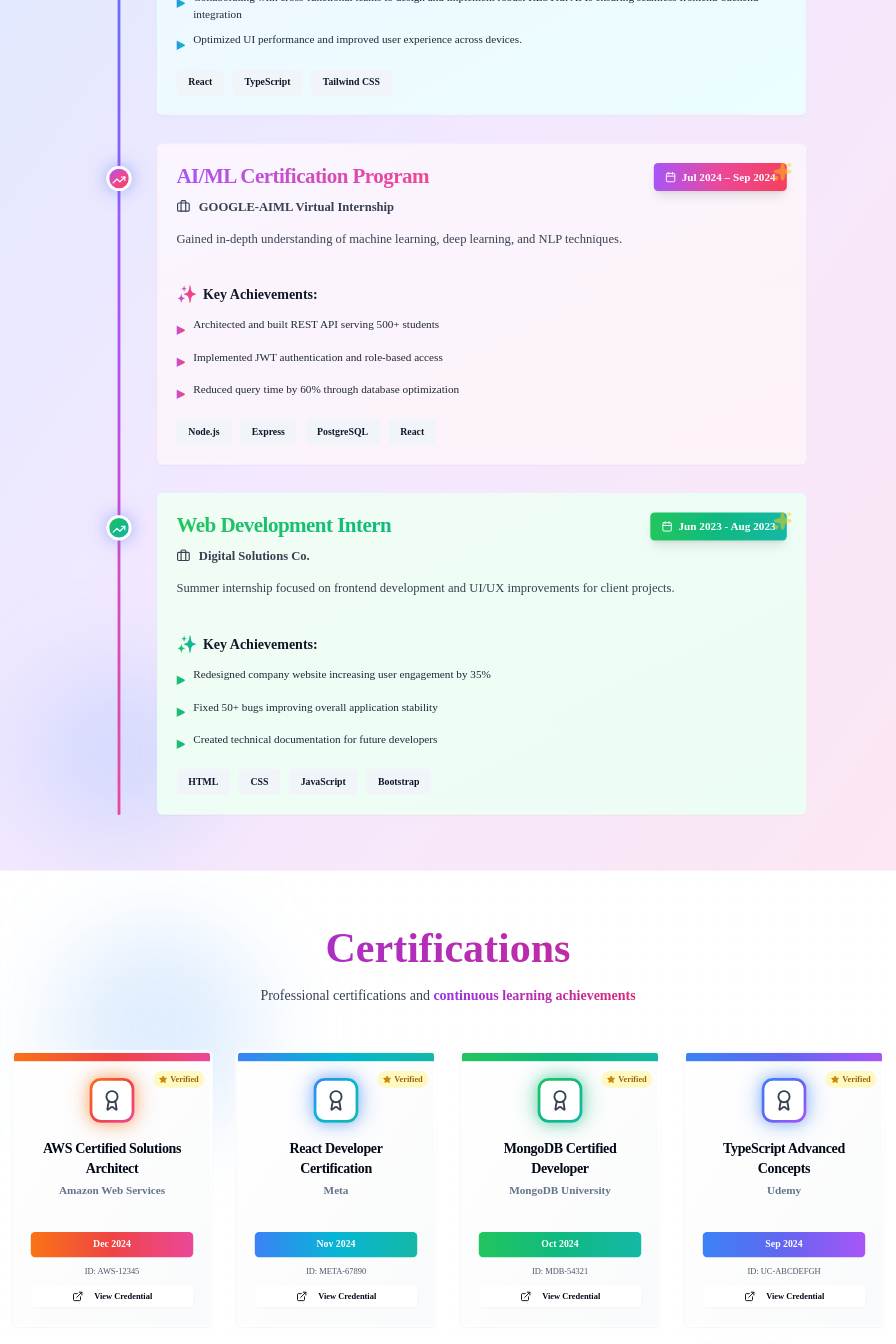
Repository: sm6746/PORTFOLIO
Page: /
An editor plug-in stored every save of this project. The page is shown before and after the next save, followed by the edit.
The browser window is 1280 px wide. The pictures show the part of the page from y = 4580 to 6500 px (the page is 8311 px tall before and 8357 px after), at 70% of full size.
The project was rebuilt for these pictures with package versions that can differ from the ones it lists, and the page was loaded fresh each time. Also part of the build but not shown: vite.config.ts.

Above is the page before, as saved 2025-11-07 07:51:46.

### index.html
<!DOCTYPE html>
<html lang="en">
  <head>
    <meta charset="UTF-8" />
    <link rel="icon" type="image/svg+xml" href="/favicon.svg" />
    <meta name="viewport" content="width=device-width, initial-scale=1.0" />
    <title>Portfolio</title>
  </head>
  <body>
    <div id="root"></div>
    <script type="module" src="/app/main.tsx"></script>
  </body>
</html>

### app/main.tsx
import React from 'react'
import ReactDOM from 'react-dom/client'
import App from './app'
import './globals.css'

ReactDOM.createRoot(document.getElementById('root')!).render(
  <React.StrictMode>
    <App />
  </React.StrictMode>,
)

### app/app.tsx
import { ThemeProvider } from '@/lib/theme-context';
import { Header } from '@/components/header';
import { HeroSection } from '@/components/hero-section';
import { AboutSection } from '@/components/about-section';
import { SkillsSection } from '@/components/skills-section';
import { ProjectsSection } from '@/components/projects-section';
import { ExperienceSection } from '@/components/experience-section';
import { CertificationsSection } from '@/components/certifications-section';
import { ContactSection } from '@/components/contact-section';
import { Footer } from '@/components/footer';
import { ScrollToTop } from '@/components/scroll-to-top';

function App() {
  return (
    <ThemeProvider>
      <div className="min-h-screen bg-white dark:bg-gray-900 transition-colors duration-300">
        <Header />
        <main>
          <HeroSection />
          <AboutSection />
          <SkillsSection />
          <ProjectsSection />
          <ExperienceSection />
          <CertificationsSection />
          <ContactSection />
        </main>
        <Footer />
        <ScrollToTop />
      </div>
    </ThemeProvider>
  );
}

export default App;

### lib/theme-context.tsx
import React, { createContext, useContext, useEffect, useState } from 'react';

type Theme = 'light' | 'dark';

type ThemeContextType = {
  theme: Theme;
  toggleTheme: () => void;
};

const ThemeContext = createContext<ThemeContextType | undefined>(undefined);

export function ThemeProvider({ children }: { children: React.ReactNode }) {
  const [theme, setTheme] = useState<Theme>(() => {
    const stored = localStorage.getItem('portfolio-theme');
    return (stored as Theme) || 'light';
  });

  useEffect(() => {
    localStorage.setItem('portfolio-theme', theme);
    document.documentElement.classList.toggle('dark', theme === 'dark');
  }, [theme]);

  const toggleTheme = () => {
    setTheme(prev => (prev === 'light' ? 'dark' : 'light'));
  };

  return (
    <ThemeContext.Provider value={{ theme, toggleTheme }}>
      {children}
    </ThemeContext.Provider>
  );
}

export function useTheme() {
  const context = useContext(ThemeContext);
  if (!context) {
    throw new Error('useTheme must be used within ThemeProvider');
  }
  return context;
}

### components/experience-section.tsx
import { Card, CardContent, CardHeader, CardTitle } from '@/components/ui/card';
import { Badge } from '@/components/ui/badge';
import { Briefcase, Calendar, Sparkles, TrendingUp } from 'lucide-react';
import { useScrollAnimation } from '@/hooks/use-scroll-animation';

export function ExperienceSection() {
  const { ref, isVisible } = useScrollAnimation();

  const experiences = [
    {
      title: 'frontend Developer ',
      company: 'Bluestock Fintech',
      period: 'May 2025 – July 2025',
      description: 'Developing responsive web applications using React and TypeScript. Collaborating with design team to implement pixel-perfect UIs.',
      achievements: [
        ' Built responsive financial dashboards using Python and React.js and Tailwind CSS',
        'Collaborating with cross-functional teams to design and implement robust RESTful APIs ensuring seamless frontend-backend integration',
        'Optimized UI performance and improved user experience across devices.',

      ],
      tags: ['React', 'TypeScript', 'Tailwind CSS'],
      gradient: 'from-blue-500 via-cyan-500 to-teal-500',
      bgGradient: 'from-blue-50 to-cyan-50 dark:from-blue-950/50 dark:to-cyan-950/50',
    },
    {
      title: 'AI/ML Certification Program',
      company: 'GOOGLE-AIML Virtual Internship',
      period: 'Jul 2024 – Sep 2024',
      description: 'Gained in-depth understanding of machine learning, deep learning, and NLP techniques.',
      achievements: [
        'Architected and built REST API serving 500+ students',
        'Implemented JWT authentication and role-based access',
        'Reduced query time by 60% through database optimization',
      ],
      tags: ['Node.js', 'Express', 'PostgreSQL', 'React'],
      gradient: 'from-purple-500 via-pink-500 to-rose-500',
      bgGradient: 'from-purple-50 to-pink-50 dark:from-purple-950/50 dark:to-pink-950/50',
    },
    {
      title: 'Web Development Intern',
      company: 'Digital Solutions Co.',
      period: 'Jun 2023 - Aug 2023',
      description: 'Summer internship focused on frontend development and UI/UX improvements for client projects.',
      achievements: [
        'Redesigned company website increasing user engagement by 35%',
        'Fixed 50+ bugs improving overall application stability',
        'Created technical documentation for future developers',
      ],
      tags: ['HTML', 'CSS', 'JavaScript', 'Bootstrap'],
      gradient: 'from-green-500 via-emerald-500 to-teal-500',
      bgGradient: 'from-green-50 to-emerald-50 dark:from-green-950/50 dark:to-emerald-950/50',
    },
  ];

  return (
    <section
      id="experience"
      ref={ref as React.RefObject<HTMLElement>}
      className="py-20 bg-gradient-to-br from-blue-100 via-purple-100 to-pink-100 dark:from-gray-800 dark:via-purple-900/10 dark:to-blue-900/10 relative overflow-hidden"
    >
      <div className="absolute top-10 right-10 w-64 h-64 bg-purple-400/20 rounded-full blur-3xl"></div>
      <div className="absolute bottom-10 left-10 w-64 h-64 bg-blue-400/20 rounded-full blur-3xl"></div>

      <div className="container mx-auto px-4 relative z-10">
        <div
          className={`transition-all duration-1000 ${
            isVisible ? 'opacity-100 translate-y-0' : 'opacity-0 translate-y-10'
          }`}
        >
          <h2 className="text-5xl md:text-6xl font-extrabold text-center mb-6 bg-gradient-to-r from-blue-600 via-purple-600 to-pink-600 dark:from-blue-400 dark:via-purple-400 dark:to-pink-400 bg-clip-text text-transparent animate-gradient">
            Experience
          </h2>
          <p className="text-center text-gray-700 dark:text-gray-300 mb-16 text-xl font-medium">
            My professional journey and <span className="text-transparent bg-clip-text bg-gradient-to-r from-purple-600 to-pink-600 font-bold">key achievements</span>
          </p>

          <div className="max-w-5xl mx-auto relative">
            <div className="absolute left-10 top-0 bottom-0 w-1 bg-gradient-to-b from-blue-500 via-purple-500 to-pink-500 hidden md:block shadow-lg"></div>

            <div className="space-y-10">
              {experiences.map((exp, index) => (
                <div
                  key={index}
                  className={`relative transition-all duration-1000 ${
                    isVisible ? 'opacity-100 translate-x-0' : 'opacity-0 -translate-x-10'
                  }`}
                  style={{ transitionDelay: `${index * 250}ms` }}
                >
                  <div className={`hidden md:block absolute left-6 top-8 w-9 h-9 rounded-full bg-gradient-to-br ${exp.gradient} border-4 border-white dark:border-gray-800 shadow-xl animate-pulse-glow z-10`}>
                    <TrendingUp className="h-5 w-5 text-white m-auto mt-1.5" />
                  </div>

                  <Card className={`md:ml-24 hover:shadow-2xl transition-all duration-500 transform hover:-translate-y-3 hover:scale-105 border-4 border-transparent hover:border-current bg-gradient-to-br ${exp.bgGradient} overflow-hidden`}>
                    <div className={`absolute inset-0 bg-gradient-to-br ${exp.gradient} opacity-0 group-hover:opacity-10 transition-opacity duration-500`}></div>
                    <CardHeader className="relative">
                      <div className="flex flex-wrap items-start justify-between gap-4 mb-3">
                        <div className="flex-1">
                          <CardTitle className={`text-3xl font-black mb-3 bg-gradient-to-r ${exp.gradient} bg-clip-text text-transparent`}>
                            {exp.title}
                          </CardTitle>
                          <div className="flex items-center gap-3 text-gray-700 dark:text-gray-300">
                            <Briefcase className="h-5 w-5" />
                            <span className="font-bold text-lg">{exp.company}</span>
                          </div>
                        </div>
                        <Badge variant="outline" className={`flex items-center gap-2 px-4 py-2 border-3 bg-gradient-to-r ${exp.gradient} text-white font-bold text-base shadow-lg`}>
                          <Calendar className="h-4 w-4" />
                          {exp.period}
                        </Badge>
                      </div>
                      <p className="text-gray-700 dark:text-gray-300 text-lg leading-relaxed">{exp.description}</p>
                      <Sparkles className="absolute top-4 right-4 h-7 w-7 text-yellow-400 fill-yellow-400 animate-pulse" />
                    </CardHeader>
                    <CardContent className="p-6 relative">
                      <h4 className="font-black mb-4 text-gray-900 dark:text-gray-100 text-xl flex items-center gap-2">
                        <span className={`text-2xl bg-gradient-to-r ${exp.gradient} bg-clip-text text-transparent`}>✨</span>
                        Key Achievements:
                      </h4>
                      <ul className="space-y-3 mb-5">
                        {exp.achievements.map((achievement, idx) => (
                          <li key={idx} className="flex items-start gap-3 text-gray-800 dark:text-gray-200 text-base">
                            <span className={`text-2xl font-bold bg-gradient-to-r ${exp.gradient} bg-clip-text text-transparent mt-0.5`}>▸</span>
                            <span>{achievement}</span>
                          </li>
                        ))}
                      </ul>
                      <div className="flex flex-wrap gap-3">
                        {exp.tags.map((tag, tagIndex) => (
                          <Badge key={tagIndex} variant="secondary" className="text-sm font-bold px-4 py-2 hover:scale-110 transition-transform">
                            {tag}
                          </Badge>
                        ))}
                      </div>
                    </CardContent>
                  </Card>
                </div>
              ))}
            </div>
          </div>
        </div>
      </div>
    </section>
  );
}

### components/footer.tsx
import { Github, Linkedin, Mail } from 'lucide-react';
import { Button } from '@/components/ui/button';

export function Footer() {
  return (
    <footer className="py-12 bg-gray-900 text-white">
      <div className="container mx-auto px-4">
        <div className="flex flex-col items-center gap-6">
          <div className="text-3xl font-bold bg-gradient-to-r from-blue-400 to-purple-400 bg-clip-text text-transparent">
            SHIVANI MEHRA
          </div>
          <p className="text-gray-400 text-center max-w-md">
            Building the future, one line of code at a time. Let's create something amazing together.
          </p>
          <div className="flex gap-4">
            <Button
              variant="ghost"
              size="icon"
              className="rounded-full hover:bg-blue-600/20 text-gray-300 hover:text-white transition-all"
            >
              <a
              href="https://github.com/sm6746"
              target="_blank"
              rel="noopener noreferrer"
            >
              <Github className="h-5 w-5" />
              </a>
            </Button>
            <Button
              variant="ghost"
              size="icon"
              className="rounded-full hover:bg-blue-600/20 text-gray-300 hover:text-white transition-all"
            >
              <a
              href="https://www.linkedin.com/in/shivani-mehra-/"
              target="_blank"
              rel="noopener noreferrer"
            >
              <Linkedin className="h-7 w-7" />
              </a>
            </Button>
            <Button
              variant="ghost"
              size="icon"
              className="rounded-full hover:bg-blue-600/20 text-gray-300 hover:text-white transition-all"
            >
              <a
              href="https://mail.google.com/mail/?view=cm&fs=1&to=shivanimehra22may@gmail.com"
              target="_blank"
              rel="noopener noreferrer"
            >
               <Mail className="h-5 w-5" />
              </a>

            </Button>
          </div>
          <div className="border-t border-gray-800 pt-6 w-full text-center">
            <p className="text-gray-500 text-sm">

            </p>
          </div>
        </div>
      </div>
    </footer>
  );
}

### components/scroll-to-top.tsx
import { Button } from '@/components/ui/button';
import { ArrowUp } from 'lucide-react';
import { useEffect, useState } from 'react';

export function ScrollToTop() {
  const [isVisible, setIsVisible] = useState(false);

  useEffect(() => {
    const toggleVisibility = () => {
      setIsVisible(window.scrollY > 500);
    };

    window.addEventListener('scroll', toggleVisibility);
    return () => window.removeEventListener('scroll', toggleVisibility);
  }, []);

  const scrollToTop = () => {
    window.scrollTo({ top: 0, behavior: 'smooth' });
  };

  if (!isVisible) return null;

  return (
    <Button
      onClick={scrollToTop}
      size="icon"
      className="fixed bottom-8 right-8 z-50 rounded-full shadow-lg bg-gradient-to-r from-blue-600 to-purple-600 hover:from-blue-700 hover:to-purple-700 animate-bounce"
    >
      <ArrowUp className="h-5 w-5" />
    </Button>
  );
}

### components/ui/button.tsx
import * as React from "react"
import { Slot } from "@radix-ui/react-slot"
import { cva, type VariantProps } from "class-variance-authority"

import { cn } from "@/lib/utlis"

const buttonVariants = cva(
  "inline-flex items-center justify-center gap-2 whitespace-nowrap rounded-md text-sm font-medium transition-colors focus-visible:outline-none focus-visible:ring-1 focus-visible:ring-ring disabled:pointer-events-none disabled:opacity-50 [&_svg]:pointer-events-none [&_svg]:size-4 [&_svg]:shrink-0",
  {
    variants: {
      variant: {
        default:
          "bg-primary text-primary-foreground shadow hover:bg-primary/90",
        destructive:
          "bg-destructive text-destructive-foreground shadow-sm hover:bg-destructive/90",
        outline:
          "border border-input bg-background shadow-sm hover:bg-accent hover:text-accent-foreground",
        secondary:
          "bg-secondary text-secondary-foreground shadow-sm hover:bg-secondary/80",
        ghost: "hover:bg-accent hover:text-accent-foreground",
        link: "text-primary underline-offset-4 hover:underline",
      },
      size: {
        default: "h-9 px-4 py-2",
        sm: "h-8 rounded-md px-3 text-xs",
        lg: "h-10 rounded-md px-8",
        icon: "h-9 w-9",
      },
    },
    defaultVariants: {
      variant: "default",
      size: "default",
    },
  }
)

export interface ButtonProps
  extends React.ButtonHTMLAttributes<HTMLButtonElement>,
    VariantProps<typeof buttonVariants> {
  asChild?: boolean
}

const Button = React.forwardRef<HTMLButtonElement, ButtonProps>(
  ({ className, variant, size, asChild = false, ...props }, ref) => {
    const Comp = asChild ? Slot : "button"
    return (
      <Comp
        className={cn(buttonVariants({ variant, size, className }))}
        ref={ref}
        {...props}
      />
    )
  }
)
Button.displayName = "Button"

export { Button, buttonVariants }

### hooks/use-scroll-animation.ts
import { useEffect, useRef, useState } from 'react';

export function useScrollAnimation() {
  const ref = useRef<HTMLElement>(null);
  const [isVisible, setIsVisible] = useState(false);

  useEffect(() => {
    const observer = new IntersectionObserver(
      ([entry]) => {
        if (entry.isIntersecting) {
          setIsVisible(true);
        }
      },
      { threshold: 0.1 }
    );

    if (ref.current) {
      observer.observe(ref.current);
    }

    return () => {
      if (ref.current) {
        observer.unobserve(ref.current);
      }
    };
  }, []);

  return { ref, isVisible };
}

### components/ui/card.tsx
import * as React from "react"

import { cn } from "@/lib/utlis"

const Card = React.forwardRef<
  HTMLDivElement,
  React.HTMLAttributes<HTMLDivElement>
>(({ className, ...props }, ref) => (
  <div
    ref={ref}
    className={cn(
      "rounded-lg border bg-card text-card-foreground shadow-sm",
      className,
    )}
    {...props}
  />
))
Card.displayName = "Card"

const CardHeader = React.forwardRef<
  HTMLDivElement,
  React.HTMLAttributes<HTMLDivElement>
>(({ className, ...props }, ref) => (
  <div
    ref={ref}
    className={cn("flex flex-col space-y-1.5 p-6", className)}
    {...props}
  />
))
CardHeader.displayName = "CardHeader"

const CardTitle = React.forwardRef<
  HTMLParagraphElement,
  React.HTMLAttributes<HTMLHeadingElement>
>(({ className, ...props }, ref) => (
  <h3
    ref={ref}
    className={cn(
      "text-2xl font-semibold leading-none tracking-tight",
      className,
    )}
    {...props}
  />
))
CardTitle.displayName = "CardTitle"

const CardDescription = React.forwardRef<
  HTMLParagraphElement,
  React.HTMLAttributes<HTMLParagraphElement>
>(({ className, ...props }, ref) => (
  <p
    ref={ref}
    className={cn("text-sm text-muted-foreground", className)}
    {...props}
  />
))
CardDescription.displayName = "CardDescription"

const CardContent = React.forwardRef<
  HTMLDivElement,
  React.HTMLAttributes<HTMLDivElement>
>(({ className, ...props }, ref) => (
  <div ref={ref} className={cn("p-6 pt-0", className)} {...props} />
))
CardContent.displayName = "CardContent"

const CardFooter = React.forwardRef<
  HTMLDivElement,
  React.HTMLAttributes<HTMLDivElement>
>(({ className, ...props }, ref) => (
  <div
    ref={ref}
    className={cn("flex items-center p-6 pt-0", className)}
    {...props}
  />
))
CardFooter.displayName = "CardFooter"

export { Card, CardHeader, CardFooter, CardTitle, CardDescription, CardContent }

### components/ui/badge.tsx
import * as React from "react"
import { cva, type VariantProps } from "class-variance-authority"

import { cn } from "@/lib/utlis"

const badgeVariants = cva(
  "inline-flex items-center rounded-md border px-2.5 py-0.5 text-xs font-semibold transition-colors focus:outline-none focus:ring-2 focus:ring-ring focus:ring-offset-2",
  {
    variants: {
      variant: {
        default:
          "border-transparent bg-primary text-primary-foreground shadow hover:bg-primary/80",
        secondary:
          "border-transparent bg-secondary text-secondary-foreground hover:bg-secondary/80",
        destructive:
          "border-transparent bg-destructive text-destructive-foreground shadow hover:bg-destructive/80",
        outline: "text-foreground",
      },
    },
    defaultVariants: {
      variant: "default",
    },
  }
)

export interface BadgeProps
  extends React.HTMLAttributes<HTMLDivElement>,
    VariantProps<typeof badgeVariants> {}

function Badge({ className, variant, ...props }: BadgeProps) {
  return (
    <div className={cn(badgeVariants({ variant }), className)} {...props} />
  )
}

export { Badge, badgeVariants }

### components/ui/input.tsx
import * as React from "react"

import { cn } from "@/lib/utlis"

const Input = React.forwardRef<HTMLInputElement, React.ComponentProps<"input">>(
  ({ className, type, ...props }, ref) => {
    return (
      <input
        type={type}
        className={cn(
          "flex h-9 w-full rounded-md border border-input bg-transparent px-3 py-1 text-base shadow-sm transition-colors file:border-0 file:bg-transparent file:text-sm file:font-medium file:text-foreground placeholder:text-muted-foreground focus-visible:outline-none focus-visible:ring-1 focus-visible:ring-ring disabled:cursor-not-allowed disabled:opacity-50 md:text-sm",
          className
        )}
        ref={ref}
        {...props}
      />
    )
  }
)
Input.displayName = "Input"

export { Input }

### components/ui/textarea.tsx
import * as React from "react"

import { cn } from "@/lib/utlis"

const Textarea = React.forwardRef<
  HTMLTextAreaElement,
  React.ComponentProps<"textarea">
>(({ className, ...props }, ref) => {
  return (
    <textarea
      className={cn(
        "flex min-h-[60px] w-full rounded-md border border-input bg-transparent px-3 py-2 text-base shadow-sm placeholder:text-muted-foreground focus-visible:outline-none focus-visible:ring-1 focus-visible:ring-ring disabled:cursor-not-allowed disabled:opacity-50 md:text-sm",
        className
      )}
      ref={ref}
      {...props}
    />
  )
})
Textarea.displayName = "Textarea"

export { Textarea }

Loaded but not shown: lib/utlis.tsx (common file); tailwind.config.js (62 lines, source omitted); components/projects-section.tsx (180 lines, source omitted); components/contact-section.tsx (144 lines, source omitted); components/certifications-section.tsx (150 lines, source omitted); components/hero-section.tsx (124 lines, source omitted); components/about-section.tsx (79 lines, source omitted); components/skills-section.tsx (112 lines, source omitted); components/header.tsx (82 lines, source omitted); app/globals.css (115 lines, source omitted)

After the next save:
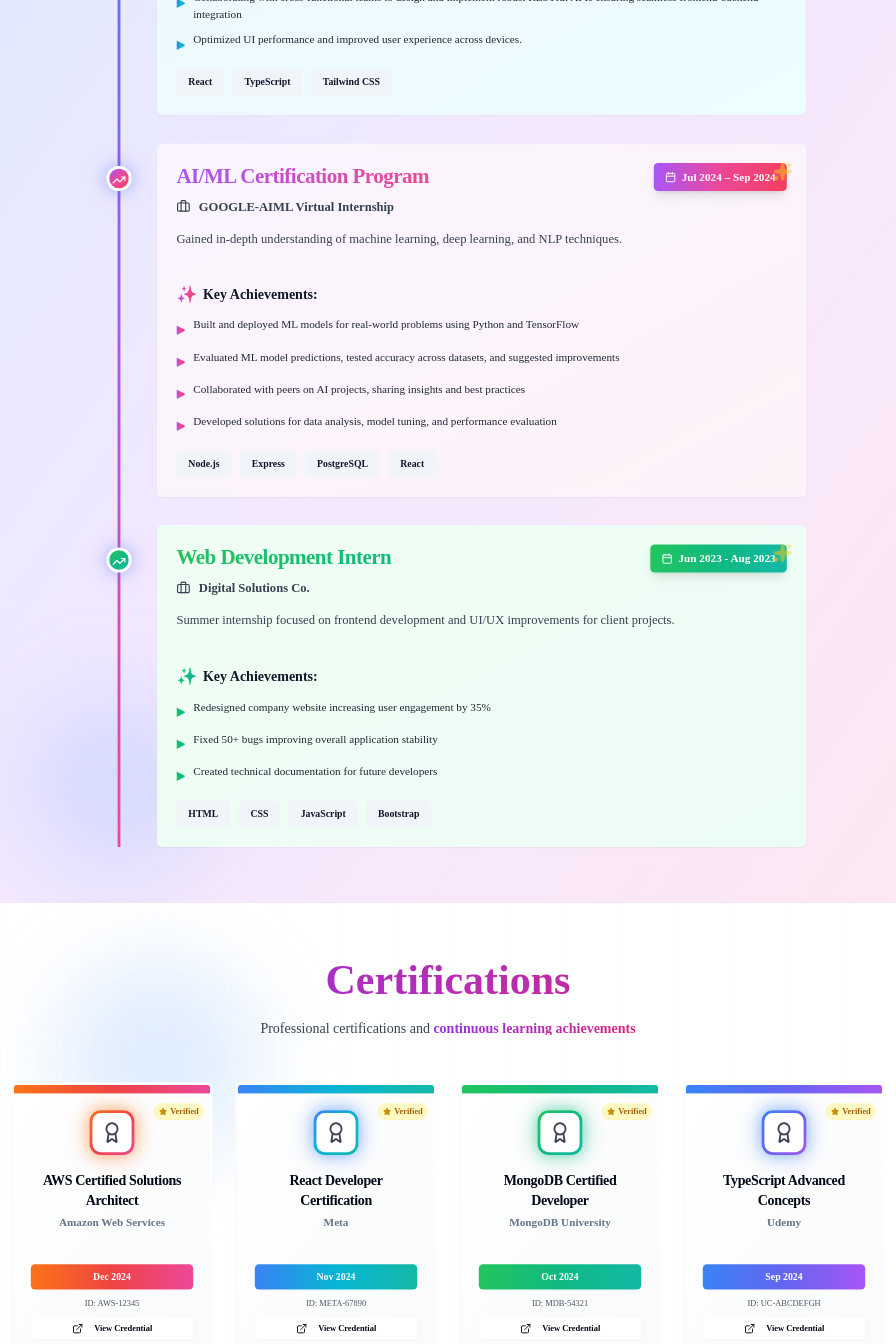
Saved 80 s later.
--- a/components/experience-section.tsx
+++ b/components/experience-section.tsx
@@ -28,9 +28,10 @@ export function ExperienceSection() {
       period: 'Jul 2024 – Sep 2024',
       description: 'Gained in-depth understanding of machine learning, deep learning, and NLP techniques.',
       achievements: [
-        'Architected and built REST API serving 500+ students',
-        'Implemented JWT authentication and role-based access',
-        'Reduced query time by 60% through database optimization',
+        'Built and deployed ML models for real-world problems using Python and TensorFlow',
+        'Evaluated ML model predictions, tested accuracy across datasets, and suggested improvements',
+        'Collaborated with peers on AI projects, sharing insights and best practices',
+        'Developed solutions for data analysis, model tuning, and performance evaluation',
       ],
       tags: ['Node.js', 'Express', 'PostgreSQL', 'React'],
       gradient: 'from-purple-500 via-pink-500 to-rose-500',
